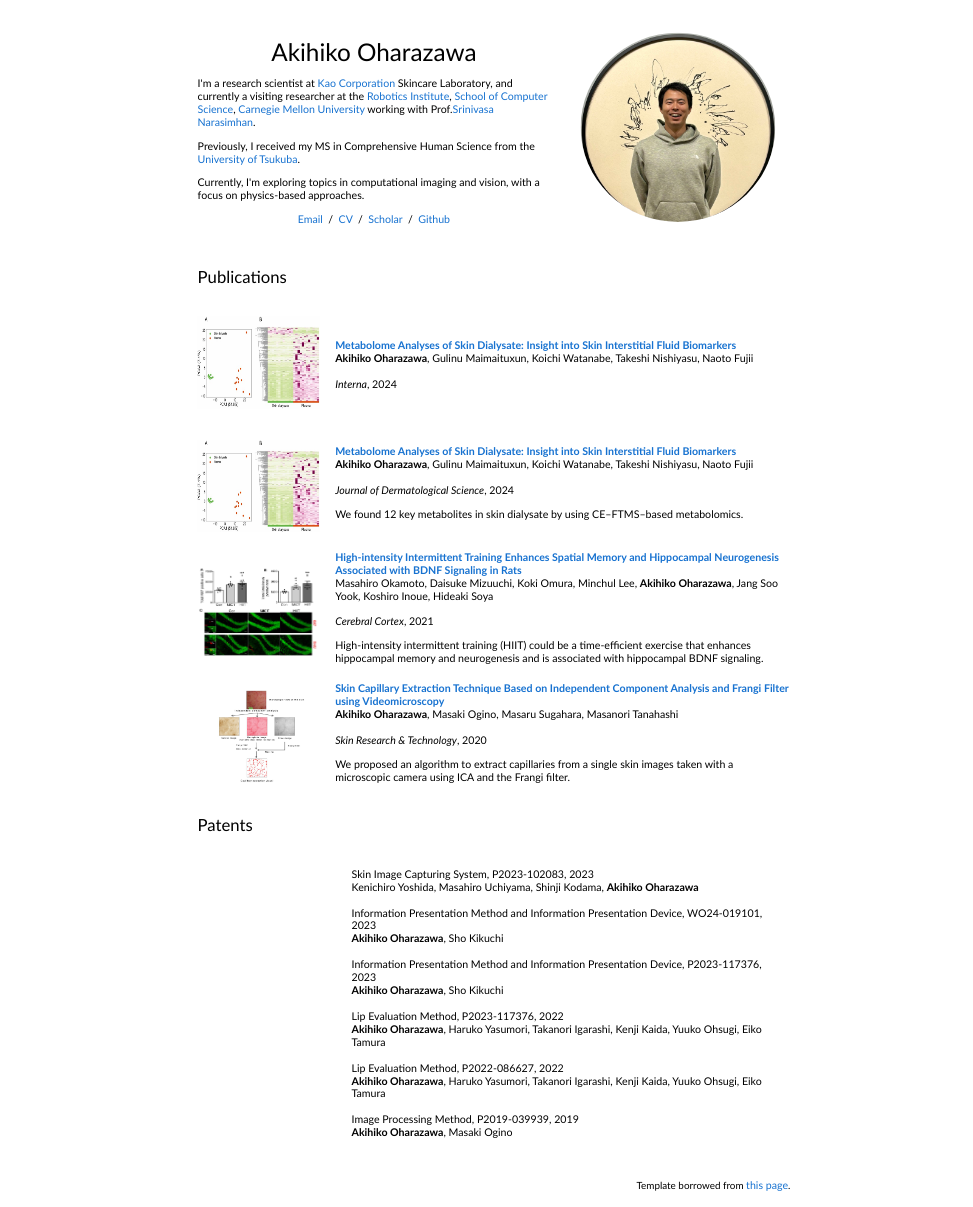
Repository: akihikooharazawa/akihikooharazawa.github.io
Page: index.html
An editor plug-in stored every save of this project. The page is shown before and after a run of saves, followed by the edit.
The browser window is 1280 px wide. The pictures show the whole page, at 76% of full size.

Above is the page before, as saved 2025-07-25 11:01:38.

### index.html
<!DOCTYPE HTML>
<html lang="en">
  <head>
  <!-- Google tag (gtag.js) -->
  <script async src="https://www.googletagmanager.com/gtag/js?id=G-S3VWLBF1BC"></script>
  <script>
    window.dataLayer = window.dataLayer || [];
    function gtag(){dataLayer.push(arguments);}
    gtag('js', new Date());

    gtag('config', 'G-S3VWLBF1BC');
  </script>
    <meta http-equiv="Content-Type" content="text/html; charset=UTF-8">

    <title>Akihiko Oharazawa</title>

    <meta name="author" content="Akihiko Oharazawa">
    <meta name="viewport" content="width=device-width, initial-scale=1">
    <link rel="shortcut icon" href="images/favicon/favicon.ico" type="image/x-icon">
    <link rel="stylesheet" type="text/css" href="stylesheet.css">

  </head>

  <body>
    <table style="width:100%;max-width:800px;border:0px;border-spacing:0px;border-collapse:separate;margin-right:auto;margin-left:auto;"><tbody>
      <tr style="padding:0px">
        <td style="padding:0px">
          <table style="width:100%;border:0px;border-spacing:0px;border-collapse:separate;margin-right:auto;margin-left:auto;"><tbody>
            <tr style="padding:0px">
              <td style="padding:2.5%;width:63%;vertical-align:middle">
                <p class="name" style="text-align: center;">
                  Akihiko Oharazawa
                </p>
                <p>I'm a research scientist at <a href="https://www.kao.com/global/en/">Kao Corporation</a> Skincare Laboratory,
                  and currently a visiting researcher at the <a href="https://www.ri.cmu.edu/">Robotics Institute</a>,
                  <a href="https://www.cs.cmu.edu/">School of Computer Science</a>,
                  <a href="https://www.cmu.edu/">Carnegie Mellon University</a> working with Prof.<a href="https://www.cs.cmu.edu/~srinivas/">Srinivasa Narasimhan</a>.
                </p>
                <p>
                  Previously, I received my MS in Comprehensive Human Science from the <a href="https://www.tsukuba.ac.jp/en/">University of Tsukuba</a>.
                </p>
                <p>
                  Currently, I'm exploring topics in computational imaging and vision, with a focus on physics-based approaches.
                </p>
                <p style="text-align:center">
                  <a href="mailto:a.oharazawa@gmail.com">Email</a> &nbsp;/&nbsp;
                  <a href="data/AkiOharazawa-CV.pdf">CV</a> &nbsp;/&nbsp;
                  <a href="https://scholar.google.com/citations?user=NGsKuDgAAAAJ&hl=en">Scholar</a> &nbsp;/&nbsp;
                  <a href="https://github.com/akihikooharazawa">Github</a>
                </p>
              </td>
              <td style="padding:2.5%;width:40%;max-width:40%">
                <a href="images/AkiOharazawa.jpg"><img style="width:100%;max-width:100%;object-fit: cover; border-radius: 50%;" alt="profile photo" src="images/AkiOharazawa.jpg" class="hoverZoomLink"></a>
              </td>
            </tr>
          </tbody></table>
          <table style="width:100%;border:0px;border-spacing:0px;border-collapse:separate;margin-right:auto;margin-left:auto;"><tbody>
              <tr>
              <td style="padding:20px;width:100%;vertical-align:middle">
                <h2>Publications</h2>
              </td>
            </tr>
          </tbody></table>
          <table style="width:100%;border:0px;border-spacing:0px;border-collapse:separate;margin-right:auto;margin-left:auto;"><tbody>

            <tr>
              <td style="padding:20px;width:25%;vertical-align:middle">
                <img src="images/isf_metabolomics.jpg" alt="isf_metabolomics" width="160" height="120" style="border-style: none">
              </td>
              <td width="75%" valign="middle">
                <a href="https://www.jdsjournal.com/article/S0923-1811(24)00066-5/fulltext">
                  <span class="papertitle">Metabolome Analyses of Skin Dialysate: Insight into Skin Interstitial Fluid Biomarkers</span>
                </a>
                <br>
                <strong>Akihiko Oharazawa</strong>,
                Gulinu Maimaituxun,
                Koichi Watanabe,
                Takeshi Nishiyasu,
                Naoto Fujii<br>
                <br>
                <em>Interna</em>, 2024
                <br>
              </td>
            </tr>

            <tr>
              <td style="padding:20px;width:25%;vertical-align:middle">
                <img src="images/isf_metabolomics.jpg" alt="isf_metabolomics" width="160" height="120" style="border-style: none">
              </td>
              <td width="75%" valign="middle">
                <a href="https://www.jdsjournal.com/article/S0923-1811(24)00066-5/fulltext">
                  <span class="papertitle">Metabolome Analyses of Skin Dialysate: Insight into Skin Interstitial Fluid Biomarkers</span>
                </a>
                <br>
                <strong>Akihiko Oharazawa</strong>,
                Gulinu Maimaituxun,
                Koichi Watanabe,
                Takeshi Nishiyasu,
                Naoto Fujii<br>
                <br>
                <em>Journal of Dermatological Science</em>, 2024
                <br>
                <p>We found 12 key metabolites in skin dialysate by using CE–FTMS–based metabolomics.</p>
              </td>
            </tr>

            <tr>
              <td style="padding:20px;width:25%;vertical-align:middle">
                <img src="images/hit_brain.png" alt="hit_brain.png" width="160" height="120" style="border-style: none">
              </td>
              <td width="75%" valign="middle">
                <a href="https://academic.oup.com/cercor/article/31/9/4386/6274998">
                  <span class="papertitle">High-intensity Intermittent Training Enhances Spatial Memory and Hippocampal Neurogenesis Associated with BDNF Signaling in Rats</span>
                </a>
                <br>
                Masahiro Okamoto,
                Daisuke Mizuuchi,
                Koki Omura,
                Minchul Lee,
                <strong>Akihiko Oharazawa</strong>,
                Jang Soo Yook,
                Koshiro Inoue,
                Hideaki Soya<br>
                <br>
                <em>Cerebral Cortex</em>, 2021
                <br>
                <p>High-intensity intermittent training (HIIT) could be a time-efficient exercise that enhances hippocampal memory and neurogenesis and is associated with hippocampal BDNF signaling.</p>
              </td>
            </tr>

            <tr>
              <td style="padding:20px;width:25%;vertical-align:middle">
                <img src="images/capillary_extraction.jpg" alt="capillary_extraction.jpg" width="160" height="120" style="border-style: none">
              </td>
              <td width="75%" valign="middle">
                <a href="https://onlinelibrary.wiley.com/doi/10.1111/srt.12850">
                  <span class="papertitle">Skin Capillary Extraction Technique Based on Independent Component Analysis and Frangi Filter using Videomicroscopy</span>
                </a>
                <br>
                <strong>Akihiko Oharazawa</strong>,
                Masaki Ogino,
                Masaru Sugahara,
                Masanori Tanahashi<br>
                <br>
                <em>Skin Research & Technology</em>, 2020
                <br>
                <p>We proposed an algorithm to extract capillaries from a single skin images taken with a microscopic camera using ICA and the Frangi filter.</p>
              </td>
            </tr>

          </tbody></table>


          <table width="100%" align="center" border="0" cellspacing="0" cellpadding="20"><tbody>
            <tr>
              <td>
                <h2>Patents</h2>
              </td>
            </tr>
          </tbody></table>
          <table width="100%" align="center" border="0" cellpadding="20"><tbody>

            <tr>
              <td style="padding:20px;width:25%;vertical-align:middle">
              <td width="75%" valign="middle">
                Skin Image Capturing System, P2023-102083, 2023
                <br>
                Kenichiro Yoshida, Masahiro Uchiyama, Shinji Kodama, <strong>Akihiko Oharazawa</strong><br>
                <br>
                Information Presentation Method and Information Presentation Device, WO24-019101, 2023
                <br>
                <strong>Akihiko Oharazawa</strong>, Sho Kikuchi<br>
                <br>
                Information Presentation Method and Information Presentation Device, P2023-117376, 2023
                <br>
                <strong>Akihiko Oharazawa</strong>, Sho Kikuchi<br>
                <br>
                Lip Evaluation Method, P2023-117376, 2022
                <br>
                <strong>Akihiko Oharazawa</strong>, Haruko Yasumori, Takanori Igarashi, Kenji Kaida, Yuuko Ohsugi, Eiko Tamura<br>
                <br>
                Lip Evaluation Method, P2022-086627, 2022
                <br>
                <strong>Akihiko Oharazawa</strong>, Haruko Yasumori, Takanori Igarashi, Kenji Kaida, Yuuko Ohsugi, Eiko Tamura<br>
                <br>
                Image Processing Method, P2019-039939, 2019
                <br>
                <strong>Akihiko Oharazawa</strong>, Masaki Ogino<br>
              </td>
            </tr>

          </tbody></table>
          <table style="width:100%;border:0px;border-spacing:0px;border-collapse:separate;margin-right:auto;margin-left:auto;"><tbody>
            <tr>
              <td style="padding:0px">
                <br>
                <p style="text-align:right;font-size:small;">
                  Template borrowed from <a href="https://github.com/jonbarron/website">this page</a>.
                </p>
              </td>
            </tr>
          </tbody></table>
        </td>
      </tr>
    </table>
  </body>
</html>

### stylesheet.css
/* latin-ext */
@font-face {
  font-family: 'Lato';
  font-style: italic;
  font-weight: 400;
  src: local('Lato Italic'), local('Lato-Italic'), url(https://fonts.gstatic.com/s/lato/v15/S6u8w4BMUTPHjxsAUi-qNiXg7eU0.woff2) format('woff2');
  unicode-range: U+0100-024F, U+0259, U+1E00-1EFF, U+2020, U+20A0-20AB, U+20AD-20CF, U+2113, U+2C60-2C7F, U+A720-A7FF;
}
/* latin */
@font-face {
  font-family: 'Lato';
  font-style: italic;
  font-weight: 400;
  src: local('Lato Italic'), local('Lato-Italic'), url(https://fonts.gstatic.com/s/lato/v15/S6u8w4BMUTPHjxsAXC-qNiXg7Q.woff2) format('woff2');
  unicode-range: U+0000-00FF, U+0131, U+0152-0153, U+02BB-02BC, U+02C6, U+02DA, U+02DC, U+2000-206F, U+2074, U+20AC, U+2122, U+2191, U+2193, U+2212, U+2215, U+FEFF, U+FFFD;
}
/* latin-ext */
@font-face {
  font-family: 'Lato';
  font-style: italic;
  font-weight: 700;
  src: local('Lato Bold Italic'), local('Lato-BoldItalic'), url(https://fonts.gstatic.com/s/lato/v15/S6u_w4BMUTPHjxsI5wq_FQftx9897sxZ.woff2) format('woff2');
  unicode-range: U+0100-024F, U+0259, U+1E00-1EFF, U+2020, U+20A0-20AB, U+20AD-20CF, U+2113, U+2C60-2C7F, U+A720-A7FF;
}
/* latin */
@font-face {
  font-family: 'Lato';
  font-style: italic;
  font-weight: 700;
  src: local('Lato Bold Italic'), local('Lato-BoldItalic'), url(https://fonts.gstatic.com/s/lato/v15/S6u_w4BMUTPHjxsI5wq_Gwftx9897g.woff2) format('woff2');
  unicode-range: U+0000-00FF, U+0131, U+0152-0153, U+02BB-02BC, U+02C6, U+02DA, U+02DC, U+2000-206F, U+2074, U+20AC, U+2122, U+2191, U+2193, U+2212, U+2215, U+FEFF, U+FFFD;
}
/* latin-ext */
@font-face {
  font-family: 'Lato';
  font-style: normal;
  font-weight: 400;
  src: local('Lato Regular'), local('Lato-Regular'), url(https://fonts.gstatic.com/s/lato/v15/S6uyw4BMUTPHjxAwXiWtFCfQ7A.woff2) format('woff2');
  unicode-range: U+0100-024F, U+0259, U+1E00-1EFF, U+2020, U+20A0-20AB, U+20AD-20CF, U+2113, U+2C60-2C7F, U+A720-A7FF;
}
/* latin */
@font-face {
  font-family: 'Lato';
  font-style: normal;
  font-weight: 400;
  src: local('Lato Regular'), local('Lato-Regular'), url(https://fonts.gstatic.com/s/lato/v15/S6uyw4BMUTPHjx4wXiWtFCc.woff2) format('woff2');
  unicode-range: U+0000-00FF, U+0131, U+0152-0153, U+02BB-02BC, U+02C6, U+02DA, U+02DC, U+2000-206F, U+2074, U+20AC, U+2122, U+2191, U+2193, U+2212, U+2215, U+FEFF, U+FFFD;
}
/* latin-ext */
@font-face {
  font-family: 'Lato';
  font-style: normal;
  font-weight: 700;
  src: local('Lato Bold'), local('Lato-Bold'), url(https://fonts.gstatic.com/s/lato/v15/S6u9w4BMUTPHh6UVSwaPGQ3q5d0N7w.woff2) format('woff2');
  unicode-range: U+0100-024F, U+0259, U+1E00-1EFF, U+2020, U+20A0-20AB, U+20AD-20CF, U+2113, U+2C60-2C7F, U+A720-A7FF;
}
/* latin */
@font-face {
  font-family: 'Lato';
  font-style: normal;
  font-weight: 700;
  src: local('Lato Bold'), local('Lato-Bold'), url(https://fonts.gstatic.com/s/lato/v15/S6u9w4BMUTPHh6UVSwiPGQ3q5d0.woff2) format('woff2');
  unicode-range: U+0000-00FF, U+0131, U+0152-0153, U+02BB-02BC, U+02C6, U+02DA, U+02DC, U+2000-206F, U+2074, U+20AC, U+2122, U+2191, U+2193, U+2212, U+2215, U+FEFF, U+FFFD;
}

a {
  color: #1772d0;
  text-decoration: none;
}

a:focus,
a:hover {
  color: #f09228;
  text-decoration: none;
}

body,
td,
th,
tr,
p,
a {
  font-family: 'Lato', Verdana, Helvetica, sans-serif;
  font-size: 14px;
}

strong {
  font-family: 'Lato', Verdana, Helvetica, sans-serif;
  font-size: 14px;
}

h2 {
  margin: 0;
  font-weight: normal;
  font-family: 'Lato', Verdana, Helvetica, sans-serif;
  font-size: 22px;
}

.papertitle {
  font-family: 'Lato', Verdana, Helvetica, sans-serif;
  font-size: 14px;
  font-weight: 700;
}

.name {
  padding-top: 20px;
  margin: 0;
  font-family: 'Lato', Verdana, Helvetica, sans-serif;
  font-size: 32px;
}

.one {
  width: 160px;
  height: 160px;
  position: relative;
}

.two {
  width: 160px;
  height: 160px;
  position: absolute;
  transition: opacity .2s ease-in-out;
  -moz-transition: opacity .2s ease-in-out;
  -webkit-transition: opacity .2s ease-in-out;
}

.fade {
  transition: opacity .2s ease-in-out;
  -moz-transition: opacity .2s ease-in-out;
  -webkit-transition: opacity .2s ease-in-out;
}

span.highlight {
  background-color: #ffffd0;
}

After the next 3 saves:
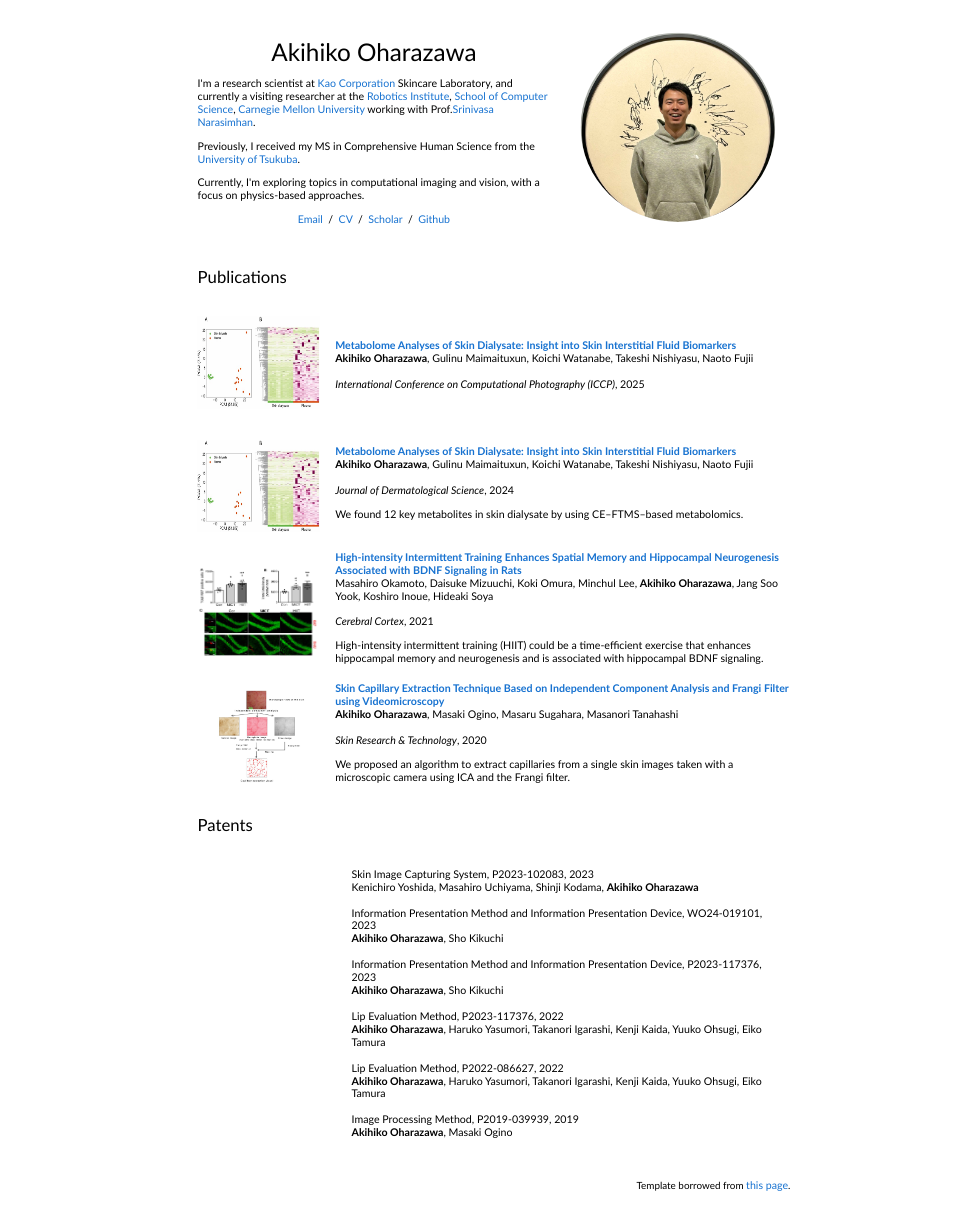
The 3 saves are shown as one change because they came seconds apart.
The last was saved 18 s later.
--- a/index.html
+++ b/index.html
@@ -78,7 +78,7 @@
                 Takeshi Nishiyasu,
                 Naoto Fujii<br>
                 <br>
-                <em>Interna</em>, 2024
+                <em>International Conference on Computational Photography (ICCP)</em>, 2025
                 <br>
               </td>
             </tr>
